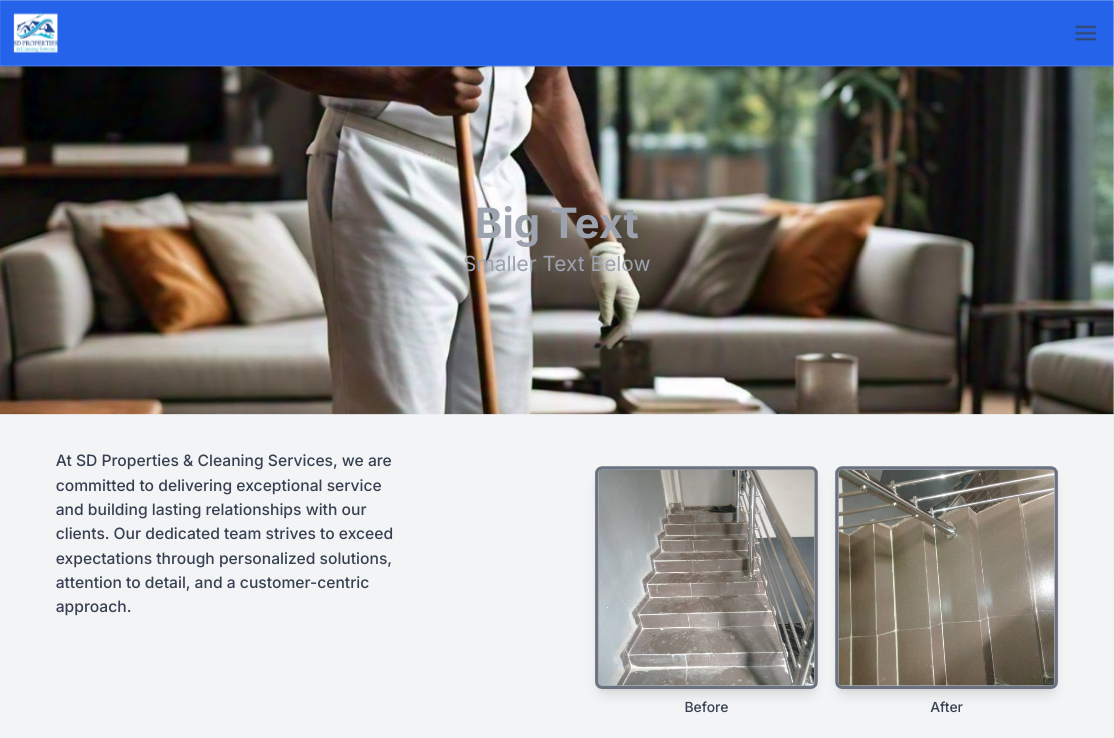
Repository: devmskhan/sdpropandclean
Page: /
An editor plug-in stored every save of this project. The page is shown before and after a run of saves, followed by the edit.
The browser window is 1280 px wide. The pictures show the whole page, at 87% of full size.
The project was rebuilt for these pictures with package versions that can differ from the ones it lists, and the page was loaded fresh each time. The framework's server and built-in components were replaced by stand-ins that run in the browser. Also part of the build but not shown: next.config.mjs.

Above is the page before, as saved 2024-09-03 13:19:48.

### app/layout.tsx
import type { Metadata } from "next";
import { Inter } from "next/font/google";
import "./globals.css";

const inter = Inter({ subsets: ["latin"] });

export const metadata: Metadata = {
  title: "SD Properties & Cleaning",
  description: "Provision of Houses and Cleanliness of Homes is our apex goal",
};

export default function RootLayout({
  children,
}: Readonly<{
  children: React.ReactNode;
}>) {
  return (
    <html lang="en">
      <body className={inter.className}>{children}</body>
    </html>
  );
}

### app/page.tsx
import Header from '../components/Header';
import Body from '../components/Body';

export default function Home() {
  return (
    <main className="min-h-screen bg-gray-200">
      <Header />
      <Body />
    </main>
  );
}

### components/Header.tsx
import Image from "next/image";
import { Bars3Icon } from '@heroicons/react/24/solid'


function Header() {
    return (
      <header className="sticky top-0 z-10 flex justify-between items-center p-4 bg-blue-600 shadow-md">
      <div className="flex items-center">
        <Image
          src="/sdlogo.jpg"
          alt="Logo"
          width={50}
          height={50}
          className="cursor-pointer"
        />
      </div>

      <div className="cursor-pointer">
        <Bars3Icon className="h-8 w-8 text-gray-700" />
      </div>
    </header>

    )
}

export default Header;

### components/Body.tsx



function Body() {
    return (
        <div>
            <div className="relative w-full h-[400px] bg-cover bg-center text-gray-400"
         style={{ backgroundImage: 'url("/pic1.jpg")' }}>
      <div className="absolute inset-0 flex flex-col justify-center items-center text-center">
        {/* Larger Text */}
        <h1 className="text-5xl font-bold mb-2">
          Big Text
        </h1>
        {/* Smaller Text */}
        <p className="text-2xl">
          Smaller Text Below
        </p>
      </div>
    </div>

    <div>

    </div>

      <div className="flex justify-between p-6 bg-gray-100">
  <div className="max-w-md text-left mr-12"> {/* Increased margin-right for larger space */}
    <p className="text-lg font-medium text-gray-700 mt-4 ml-10">
      At SD Properties & Cleaning Services, we are committed to delivering exceptional service and building lasting relationships with our clients. Our dedicated team strives to exceed expectations through personalized solutions, attention to detail, and a customer-centric approach.
    </p>
  </div>
  <div className="flex space-x-5 mt-4 mr-10">
  <div className="flex flex-col items-center">
    <img src="stairsb.jpg" alt="Top Image" className="mt-5 w-64 h-64 rounded-lg shadow-lg border-gray-500 border-solid border-4" />
    <span className="mt-2 text-gray-700 font-medium">Before</span>
  </div>
  <div className="flex flex-col items-center">
    <img src="stairsaft.jpg" alt="Bottom Image" className="mt-5 w-64 h-64 rounded-lg shadow-lg border-gray-500 border-solid border-4" />
    <span className="mt-2 text-gray-700 font-medium">After</span>
  </div>
</div>

</div>




        </div>


    )
}

export default Body;

Loaded but not shown: app/globals.css (common file); tailwind.config.ts (common file)

After the next 3 saves:
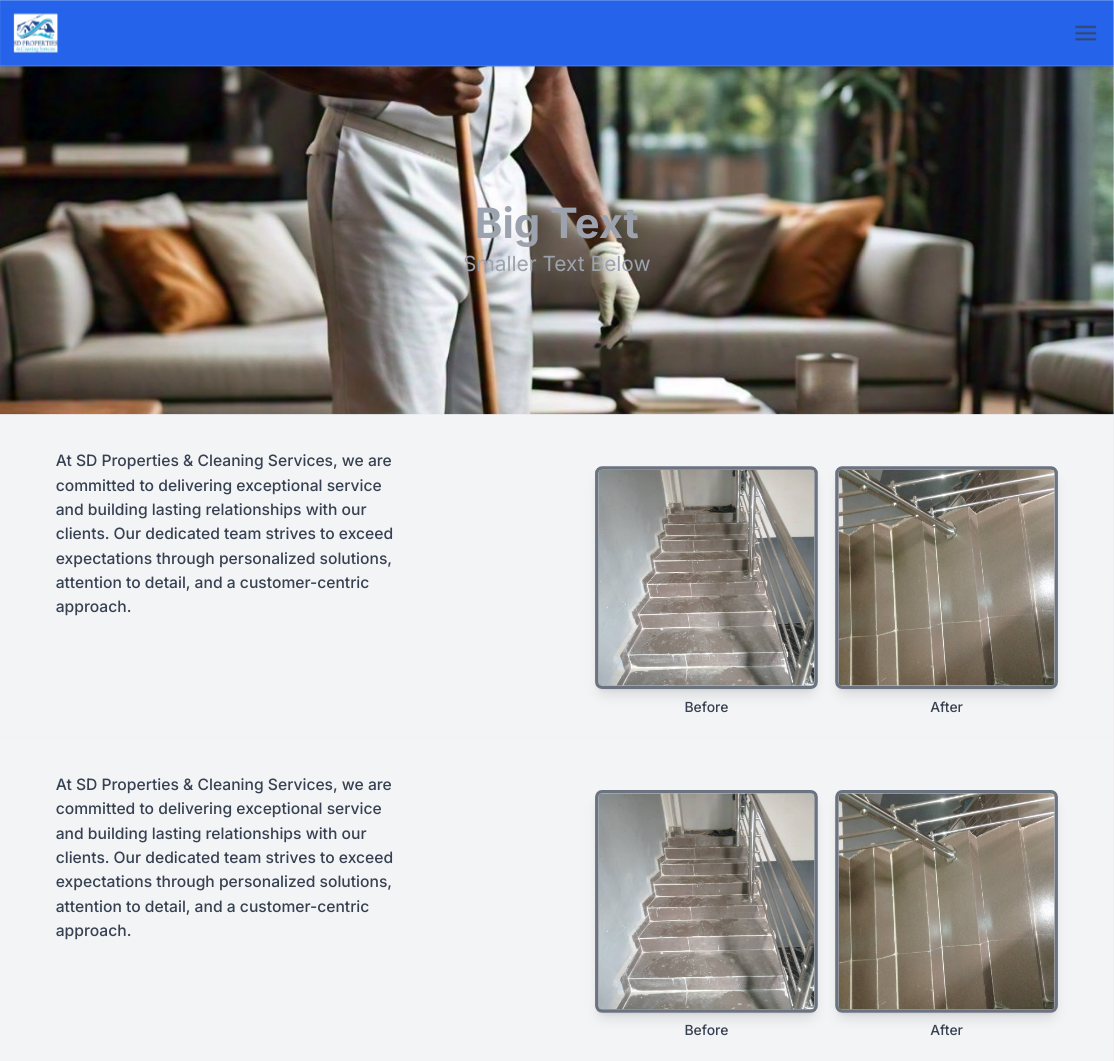
The 3 saves are shown as one change because they came seconds apart.
The last was saved 8 s later.
--- a/components/Body.tsx
+++ b/components/Body.tsx
@@ -41,7 +41,24 @@ function Body() {
 
 </div>
 
+<div className="flex justify-between p-6 bg-gray-100">
+<div className="max-w-md text-left mr-12"> {/* Increased margin-right for larger space */}
+  <p className="text-lg font-medium text-gray-700 mt-4 ml-10">
+    At SD Properties & Cleaning Services, we are committed to delivering exceptional service and building lasting relationships with our clients. Our dedicated team strives to exceed expectations through personalized solutions, attention to detail, and a customer-centric approach.
+  </p>
+</div>
+<div className="flex space-x-5 mt-4 mr-10">
+<div className="flex flex-col items-center">
+  <img src="stairsb.jpg" alt="Top Image" className="mt-5 w-64 h-64 rounded-lg shadow-lg border-gray-500 border-solid border-4" />
+  <span className="mt-2 text-gray-700 font-medium">Before</span>
+</div>
+<div className="flex flex-col items-center">
+  <img src="stairsaft.jpg" alt="Bottom Image" className="mt-5 w-64 h-64 rounded-lg shadow-lg border-gray-500 border-solid border-4" />
+  <span className="mt-2 text-gray-700 font-medium">After</span>
+</div>
+</div>
 
+</div>
 
 
         </div>
